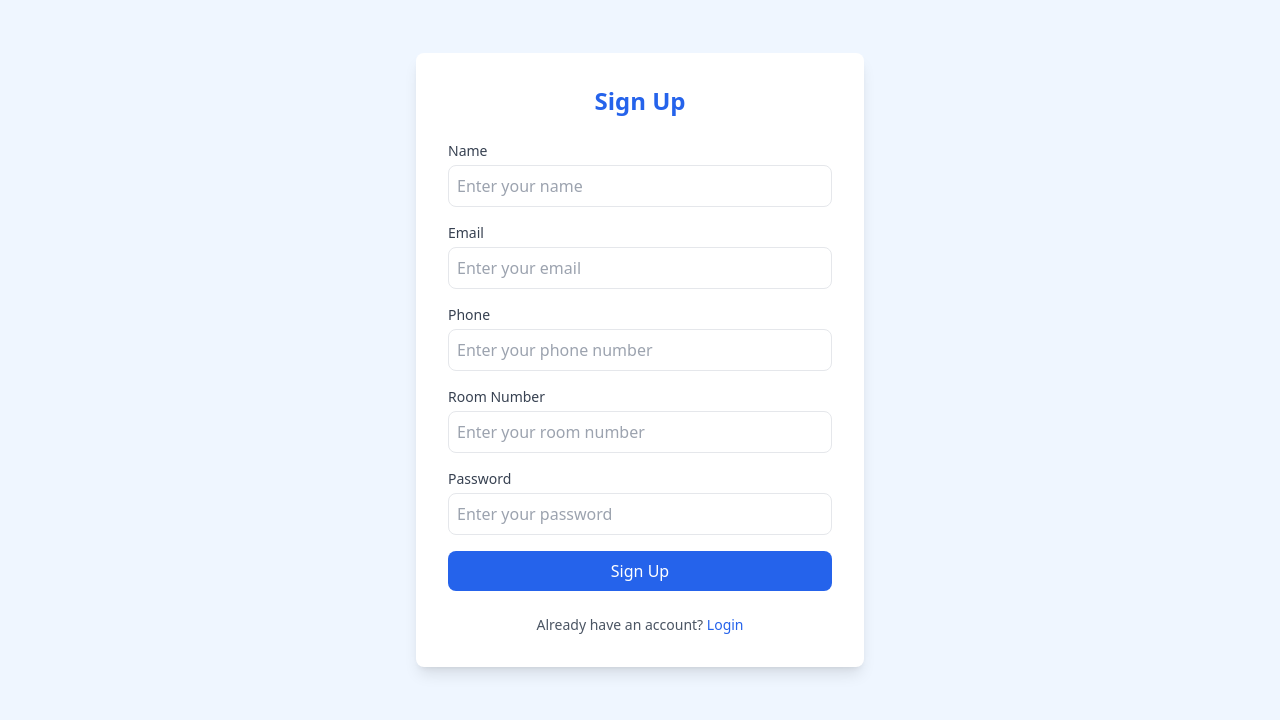
Repository: makanda596/system
Page: /signup (app in client/)
These files come from the project's save history. The page is drawn as it stood at one moment and after the next save; the edit follows.
The browser window is 1280 px wide. The pictures show the whole page.
The project was rebuilt for these pictures with package versions that can differ from the ones it lists, and the page was loaded fresh each time. Also part of the build but not shown: client/src/Home.jsx, client/src/LoginForm.jsx. Imported but missing from the stored project, and not drawn on this page: client/src/reportWebVitals.

Above is the page before, as saved 2024-12-03 08:09:56.

After the next save:
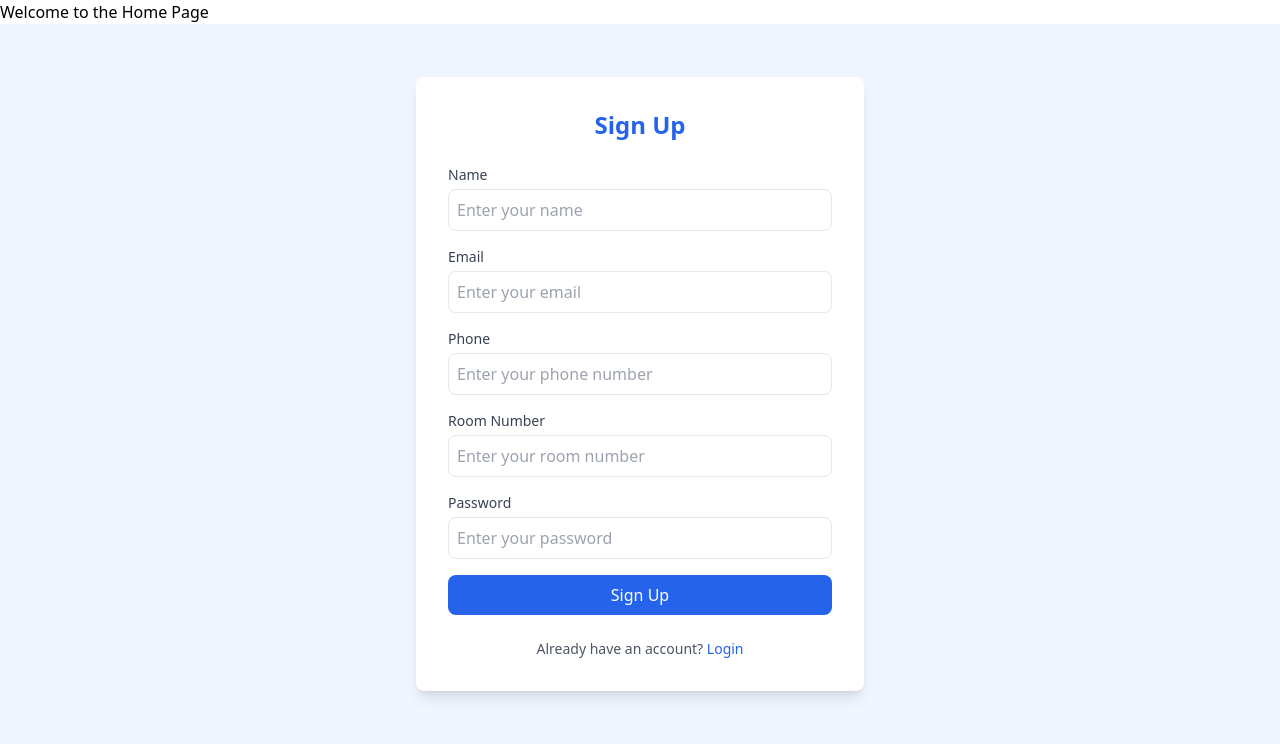
Saved 18 s later.
--- a/client/src/App.js
+++ b/client/src/App.js
@@ -6,12 +6,11 @@ import LoginForm from './LoginForm.jsx'
 function App() {
   return (
     <div>
+      <h1>Welcome to the Home Page</h1>
       <Router>
         <Routes>
           <Route path="/signup" element={<SignUpForm />} />
-          <Route path='/home' element={<Home />} />
           <Route path='/login' element={<LoginForm />} />
-
 
         </Routes>
       </Router>
